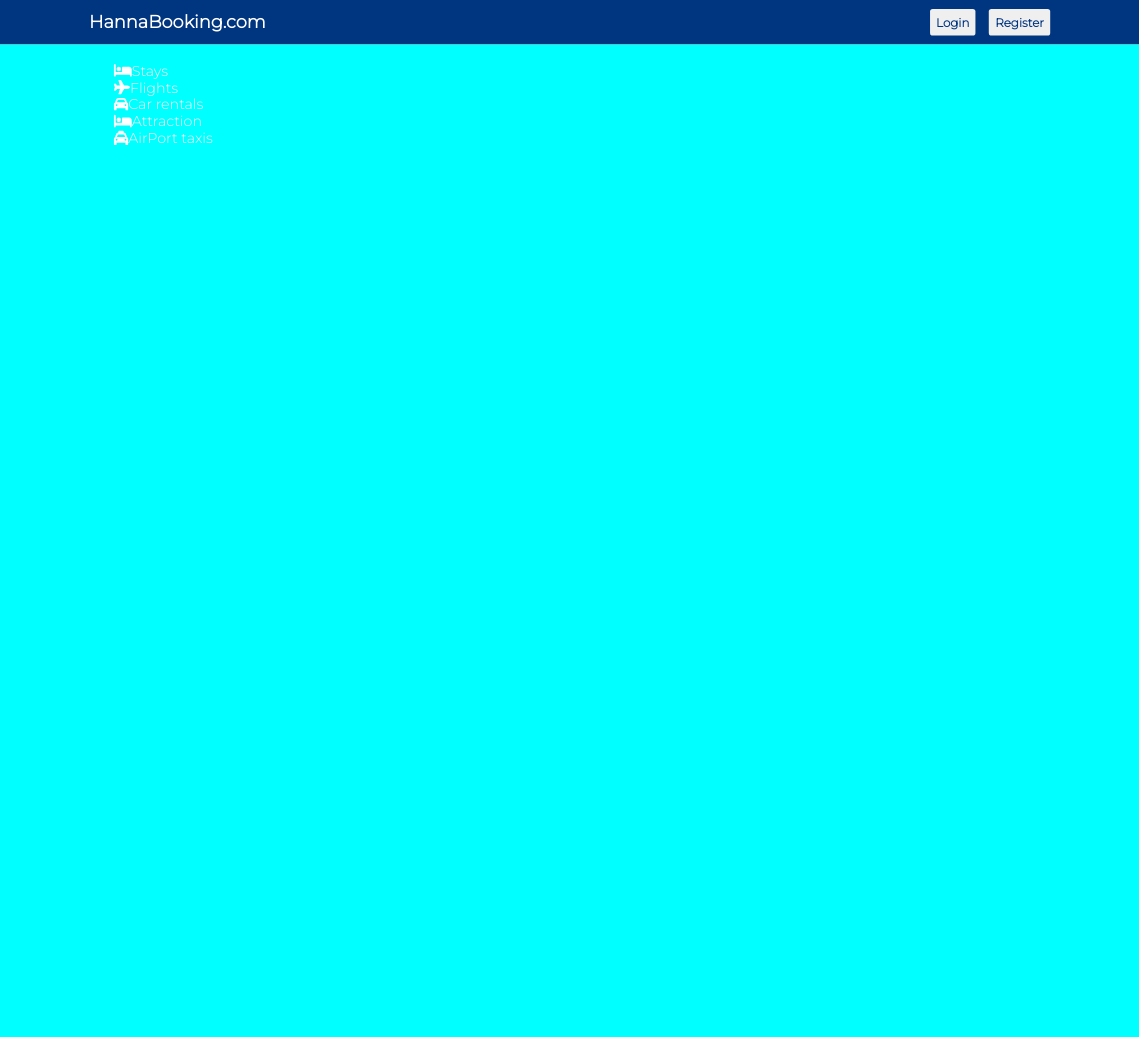
Repository: truongnguyenuit/BookingWebApp
Page: /
The author's editor kept a copy of each file at every save. The page is drawn from the files as they stood at one save, then again after the next save.
The browser window is 1280 px wide. The pictures show the whole page, at 89% of full size.
The project was rebuilt for these pictures with package versions that can differ from the ones it lists, and the page was loaded fresh each time.

Above is the page before, as saved 2022-05-26 15:01:08.

After the next save:
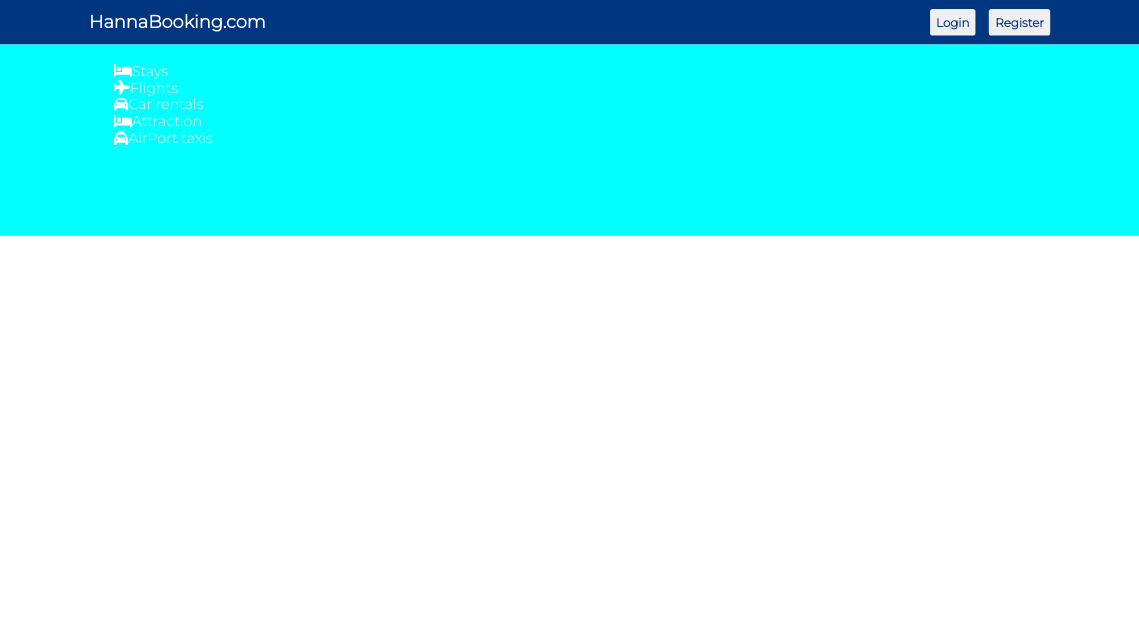
Saved 10 s later.
--- a/src/components/header/header.css
+++ b/src/components/header/header.css
@@ -8,5 +8,5 @@
 .headerContainer {
     width:  100%;
     max-width: 1024px;
-    margin: 20px 0px 1000px 0px;
+    margin: 20px 0px 100px 0px;
 }
